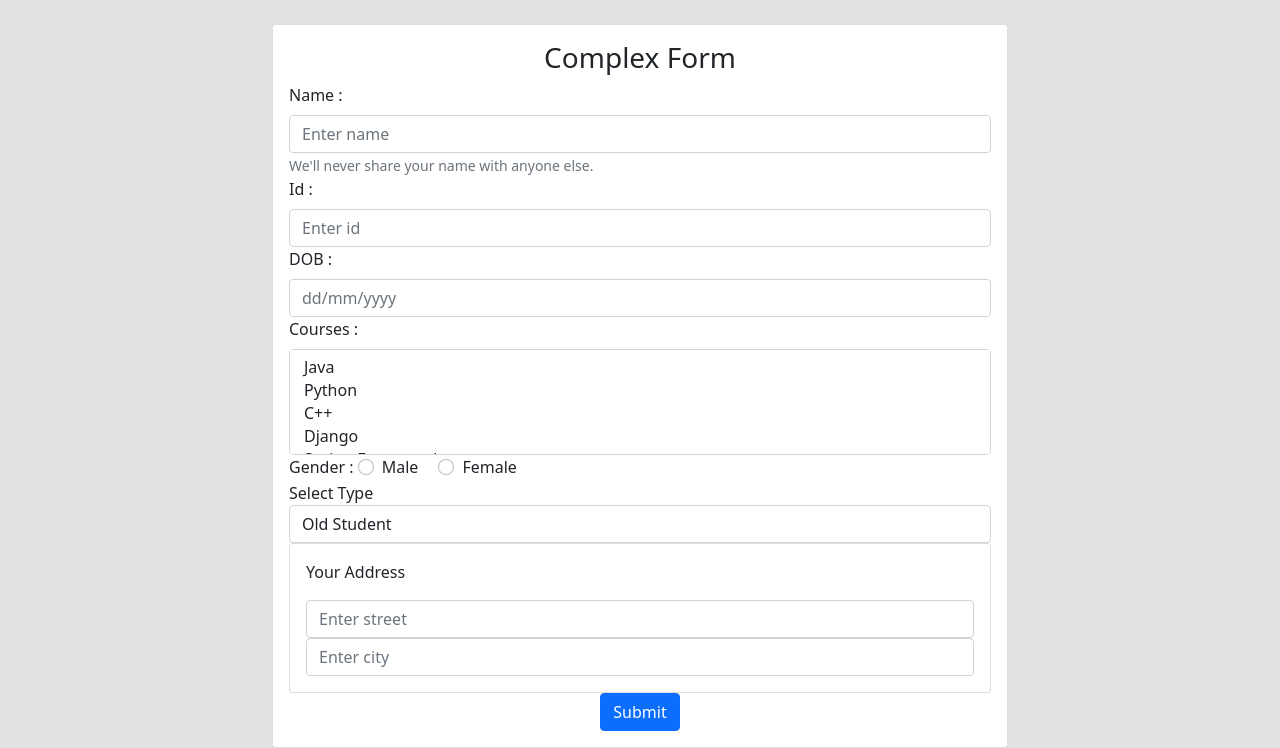
Repository: urvashimalviya/crudDemo
Page: http://localhost/SearchProject/WEB-INF/views/complex_form.jsp
An editor plug-in stored every save of this project. The page is shown before and after the next save, followed by the edit.
The browser window is 1280 px wide. The pictures show the whole page.
The page is served by Tomcat 9. Nobody is signed in. Other server files are loaded and not shown. The template is opened directly, without the code that normally fills it, so the values that code supplies are empty.

Above is the page before, as saved 2021-08-18 14:26:27.

### SearchProject/src/main/webapp/WEB-INF/views/complex_form.jsp
<%@ page language="java" contentType="text/html; charset=ISO-8859-1"
	pageEncoding="ISO-8859-1"%>
	<%@ taglib prefix="form" uri="http://www.springframework.org/tags/form" %>
<!doctype html>
<html lang="en">
<head>
<!-- Required meta tags -->
<meta charset="utf-8">
<meta name="viewport" content="width=device-width, initial-scale=1"
	"shrink-to-fit=no">

<!-- Bootstrap CSS -->
<link rel="stylesheet"
	href="https://cdn.jsdelivr.net/npm/bootstrap@5.1.0/dist/css/bootstrap.min.css"
	integrity="sha384-KyZXEAg3QhqLMpG8r+8fhAXLRk2vvoC2f3B09zVXn8CA5QIVfZOJ3BCsw2P0p/We"
	crossorigin="anonymous">

<title>Hello, world!</title>
</head>
<body class="" style="background: #e2e2e2;">


	<div class="container mt-4">


		<div class="row">

			<div class="col-md-8 offset-md-2">
				<div class="card">
					<div class="card-body">
						<h3 class="text-center">Complex Form</h3>
						<form action="handleform" method="post">

							<div class="form-group">
								<label for="exampleInputEmail1" class="form-label">Name
									:</label> <input type="text" name="name" class="form-control"
									id="exampleInputEmail1" aria-describedby="emailHelp"
									placeholder="Enter name"> <small id="emailHelp"
									class="form-text text-muted">We'll never share your
									name with anyone else.</small>
							</div>
							<div class="form-group">

								<label for="exampleInputEmail1" class="form-label">Id :</label>
								<input type="text" name="id" class="form-control"
									id="exampleInputEmail1" aria-describedby="emailHelp"
									placeholder="Enter id">
							</div>
							<div class="form-group">
								<label for="exampleInputEmail1" class="form-label">DOB :</label>
								<input type="text " name="date" class="form-control"
									id="exampleInputEmail1" aria-describedby="emailHelp"
									placeholder="dd/mm/yyyy">
							</div>

							<div class="form-group">
								<label for="exampleInputEmail1" class="form-label">Courses
									:</label> <select name="courses" class="form-control"
									id="exampleFormControlSelect1" multiple>

									<option>Java</option>
									<option>Python</option>
									<option>C++</option>
									<option>Django</option>
									<option>Spring Framework</option>
								</select>
							</div>

							<div class="form-group">
								<span class="mr-3">Gender :</span>
								<div class="form-check form-check-inline">
									<input class="form-check-input" type="radio" name="gender"
										id="inlineRadio1" value="male"> <label
										class="form-check-label" for="inlineRadio1">Male</label>
								</div>
								<div class="form-check form-check-inline">
									<input class="form-check-input" type="radio" name="gender"
										id="inlineRadio2" value="female"> <label
										class="form-check-label" for="inlineRadio2">Female</label>
								</div>

							</div>

							<div class="form-group">
								<label for="">Select Type </label> <select class="form-control"
									name="type">
									<option value="oldStudent">Old Student</option>
									<option value="normalStudent">Normal Student</option>
								</select>
							</div>
							<div class="card">
								<div class="card-body">
									<p>Your Address</p>
									<div class="form-group">
										<input type="text" class="form-control" name="address.street"
											placeholder="Enter street" />
									</div>
									<div class="form-group">

										<input type="text" class="form-control" name="address.city"
											placeholder="Enter city" />
									</div>
								</div>
							</div>


							<div class="container text-center">
								<button type="submit" class="btn btn-primary">Submit</button>

							</div>
						</form>
					</div>
				</div>

			</div>

		</div>
	</div>

	<!-- Optional JavaScript; choose one of the two! -->

	<!-- Option 1: Bootstrap Bundle with Popper -->
	<script
		src="https://cdn.jsdelivr.net/npm/bootstrap@5.1.0/dist/js/bootstrap.bundle.min.js"
		integrity="sha384-U1DAWAznBHeqEIlVSCgzq+c9gqGAJn5c/t99JyeKa9xxaYpSvHU5awsuZVVFIhvj"
		crossorigin="anonymous"></script>

	<!-- Option 2: Separate Popper and Bootstrap JS -->
	<!--
    <script src="https://cdn.jsdelivr.net/npm/@popperjs/core@2.9.3/dist/umd/popper.min.js" integrity="sha384-eMNCOe7tC1doHpGoWe/6oMVemdAVTMs2xqW4mwXrXsW0L84Iytr2wi5v2QjrP/xp" crossorigin="anonymous"></script>
    <script src="https://cdn.jsdelivr.net/npm/bootstrap@5.1.0/dist/js/bootstrap.min.js" integrity="sha384-cn7l7gDp0eyniUwwAZgrzD06kc/tftFf19TOAs2zVinnD/C7E91j9yyk5//jjpt/" crossorigin="anonymous"></script>
    -->
</body>
</html>

After the next save:
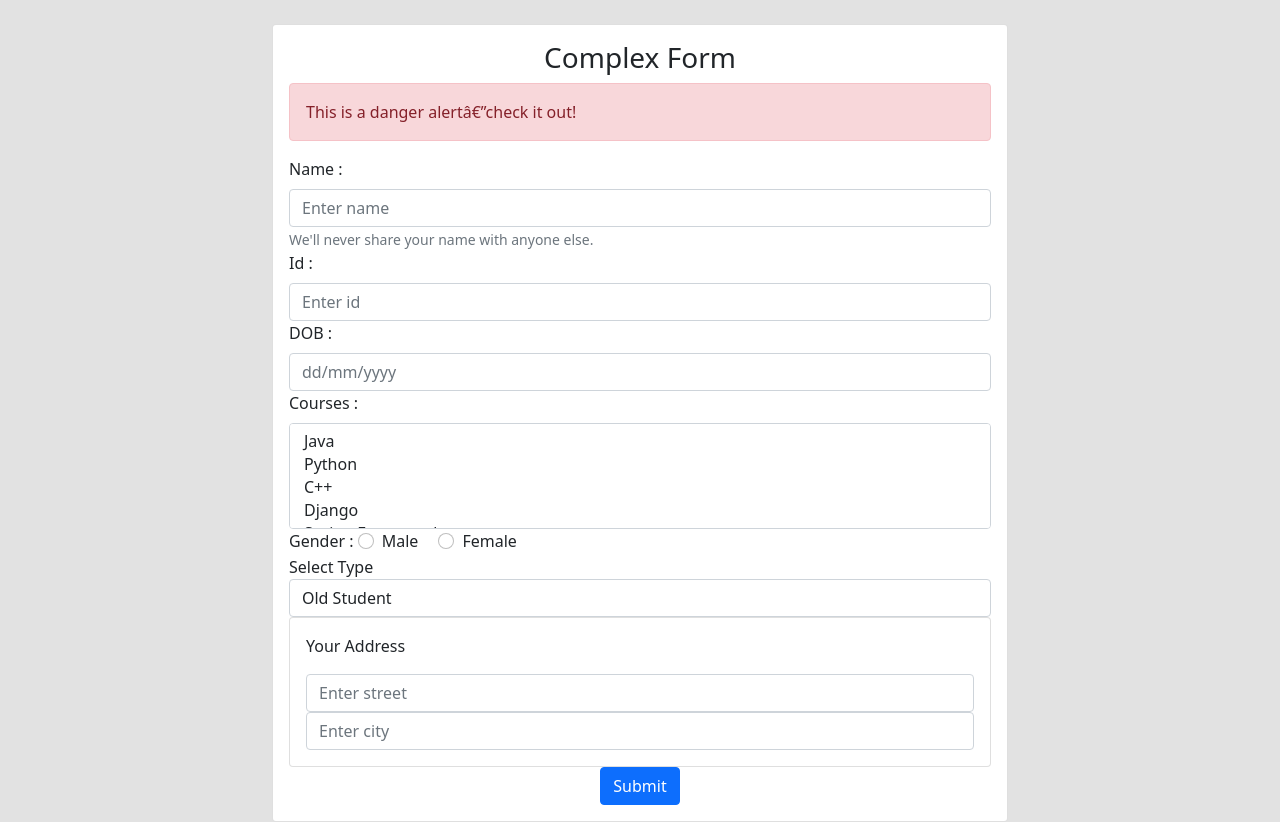
Saved 9 min 18 s later.
--- a/SearchProject/src/main/webapp/WEB-INF/views/complex_form.jsp
+++ b/SearchProject/src/main/webapp/WEB-INF/views/complex_form.jsp
@@ -1,6 +1,6 @@
 <%@ page language="java" contentType="text/html; charset=ISO-8859-1"
 	pageEncoding="ISO-8859-1"%>
-	<%@ taglib prefix="form" uri="http://www.springframework.org/tags/form" %>
+<%@ taglib prefix="form" uri="http://www.springframework.org/tags/form"%>
 <!doctype html>
 <html lang="en">
 <head>
@@ -19,16 +19,20 @@
 </head>
 <body class="" style="background: #e2e2e2;">
 
-
 	<div class="container mt-4">
-
 
 		<div class="row">
 
 			<div class="col-md-8 offset-md-2">
+
 				<div class="card">
+
 					<div class="card-body">
+
 						<h3 class="text-center">Complex Form</h3>
+						<div class="alert alert-danger" role="alert">This is a
+							danger alert—check it out!</div>
+
 						<form action="handleform" method="post">
 
 							<div class="form-group">
